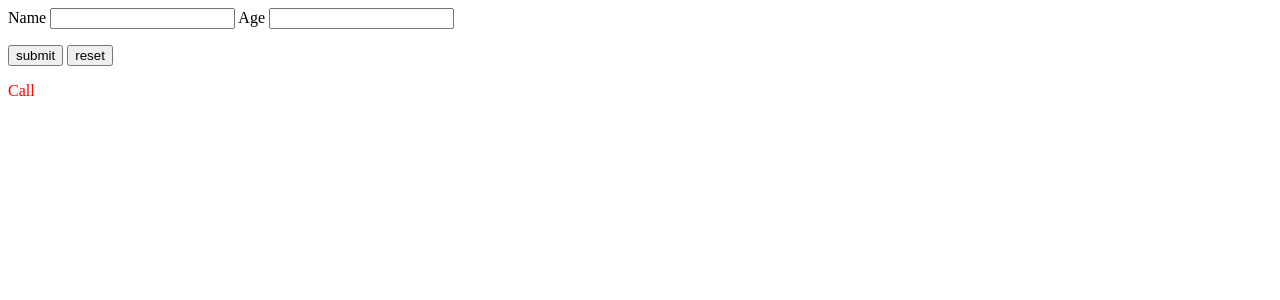
Repository: kaza1509/PRJ301
Page: SE1613/web/demo.html
An editor plug-in stored every save of this project. The page is shown before and after a run of saves, followed by the edit.
The browser window is 1280 px wide. The pictures show the whole page.

Above is the page before, as saved 2022-01-17 19:31:00.

After the next 7 saves:
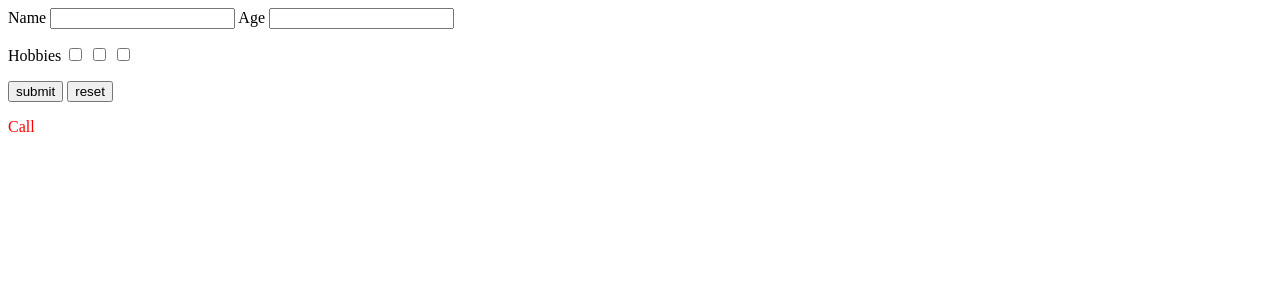
The 7 saves are shown as one change because they came seconds apart.
The last was saved 22 s later.
--- a/SE1613/web/demo.html
+++ b/SE1613/web/demo.html
@@ -12,7 +12,10 @@
             <span>Age</span> <input type="number" name="age">
 
             <p>
-
+                <span>Hobbies</span>
+                <input type="checkbox" name="" id="">
+                <input type="checkbox" name="" id="">
+                <input type="checkbox" name="" id="">
             </p>
 
             <input type="submit" value="submit">
